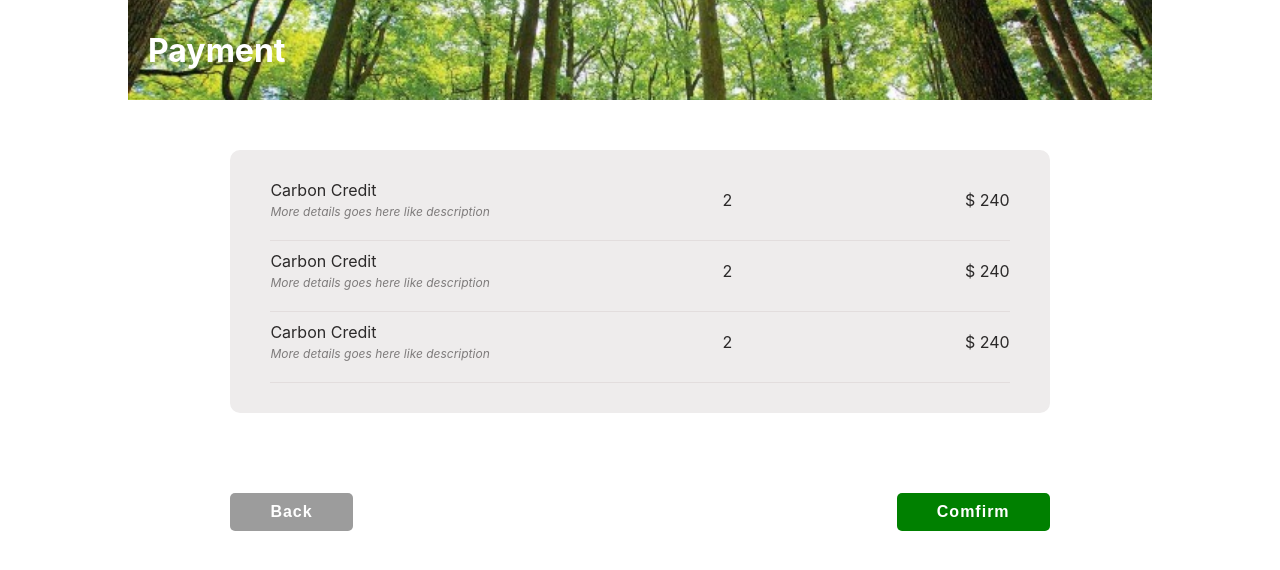
Repository: Yowani24/CarbonApp
Page: /payment
An editor plug-in stored every save of this project. The page is shown before and after the next save, followed by the edit.
The browser window is 1280 px wide. The pictures show the whole page.
The project was rebuilt for these pictures with package versions that can differ from the ones it lists, and the page was loaded fresh each time. The framework's server and built-in components were replaced by stand-ins that run in the browser. Also part of the build but not shown: next.config.js, pages/cart/Cart.module.css, pages/cart/index.js.

Above is the page before, as saved 2021-09-27 01:01:39.

### pages/_app.js
import '../styles/globals.css'
import Cart from './cart';

function MyApp({ Component, pageProps }) {
  return (
    <>
      <Component {...pageProps} />
    </>
  );
}

export default MyApp

### pages/payment/index.js
import React from 'react';
import Head from 'next/head'
import styles from './Payment.module.css'
import Link from 'next/link';


export default function Payment(props) {
    return (
       <>
        <Head>
            <title>Payment</title>
        </Head>

        <header className={styles.header}>
            <div className={styles.interface}>
                <div className={styles.header_content}>
                    <h1>Payment</h1>
                </div>
            </div>
        </header>

        <div className={styles.content}>
            <div className={styles.interface}>
                <div className={styles.list_content}>
                    <span>
                        <p>Carbon Credit <br/> <i>More details goes here like description</i></p>
                        <p>2</p>
                        <p>$ 240</p>
                    </span>

                    <span>
                        <p>Carbon Credit <br/> <i>More details goes here like description</i></p>
                        <p>2</p>
                        <p>$ 240</p>
                    </span>

                    <span>
                        <p>Carbon Credit <br/> <i>More details goes here like description</i></p>
                        <p>2</p>
                        <p>$ 240</p>
                    </span>
                </div>
            </div>
        </div>

        <div className={styles.button_box}>
            <div className={styles.interface}>
                <span>
                    <Link href="/cart"><button>Back</button></Link>
                    <button>Comfirm</button>
                </span>
            </div>
        </div>
       </>
    );
}

### styles/globals.css
html,
body {
  padding: 0;
  margin: 0;
  font-family: -apple-system, BlinkMacSystemFont, Segoe UI, Roboto, Oxygen,
    Ubuntu, Cantarell, Fira Sans, Droid Sans, Helvetica Neue, sans-serif;
}

a {
  color: inherit;
  text-decoration: none;
}

* {
  margin: 0;
  box-sizing: border-box;
}

### pages/payment/Payment.module.css
.interface{
    width: 80%;
    margin: 0 auto;
}

@media (max-width: 780px){
    .interface{
        width: 100%;
    }
}

/* ===========================HEADER=================== */
.header_content{
    height: 100px;
    display: flex;
    align-items: center;
    padding: 0 20px;
    color: #FFFFFF;

    background: green;

    background-image: url('/public/appima.jpg');
    background-repeat: no-repeat;
    background-position: center;
    background-size: cover;

}

@media (max-width: 780px){
    .header_content{
        padding: 0 40px;
        height: 80px;
    }
}

@media (max-width: 460px){
    .header_content{
        padding: 0 20px;
        font-size: 16px;
    }
}

/* ========================LIST====================== */

.list_content{
    width: 80%;
    margin: 0 auto;
    margin-top: 50px;
    border-radius: 10px;
    padding: 20px 40px;
    background: rgb(238, 236, 236);
}
.list_content span{
    display: flex;
    justify-content: space-between;
    align-items: center;
    color: rgb(43, 41, 41);

    margin: 10px 0;
    border-bottom: 1px solid rgb(226, 221, 221);
    padding-bottom: 20px;
}
.list_content span i{
    font-size: 12px;
    color: rgb(126, 123, 123);
}

@media (max-width: 460px){
    .list_content{
        width: 90%;
        padding: 20px 20px;
    }
    .list_content span{
        font-size: 14px;
        margin: 5px 0;
        border-bottom: 1px solid rgb(226, 221, 221);
        padding-bottom: 10px;
    }
    .list_content span p:first-child{
        width: 140px;

    }
    .list_content span i{
        font-size: 8px;
    }
}

/* ================================BUTTON=================== */
.button_box{
    margin-top: 80px;
}
.button_box span{
    display: flex;
    justify-content: space-between;
    width: 80%;
    margin: 0 auto;
}
.button_box button:first-child{
    background: rgb(156, 156, 156);
}
.button_box button:first-child:hover{
    background: rgb(122, 120, 120);
}
.button_box button:first-child:active{
    background: rgb(187, 184, 184);
}

.button_box button{
    border: none;
    background: green;
    padding: 10px 40px;
    font-size: 16px;
    color: #FFFFFF;
    letter-spacing: 1px;
    border-radius: 5px;
    cursor: pointer;
    transition: .1s;
    font-weight: bold;
}

.button_box button:nth-child(2):hover{
    background: rgb(1, 92, 1);
}
.button_box button:nth-child(2):active{
    background: rgb(13, 131, 13);
}

@media (max-width: 460px){
    .button_box{
        margin-top: 50px;
    }
    .button_box span{
        width: 90%;
    }
    .button_box button{
        padding: 10px 30px;
        font-size: 14px;
    }
}

After the next save:
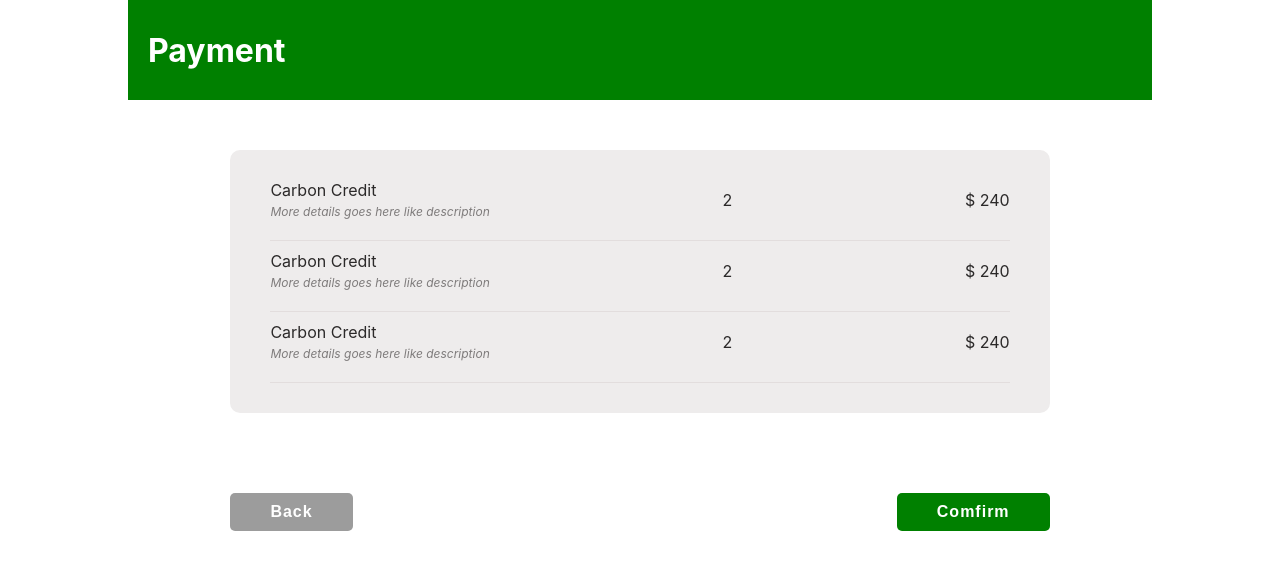
Saved 9 s later.
--- a/pages/payment/Payment.module.css
+++ b/pages/payment/Payment.module.css
@@ -18,11 +18,6 @@
     color: #FFFFFF;
 
     background: green;
-
-    background-image: url('/public/appima.jpg');
-    background-repeat: no-repeat;
-    background-position: center;
-    background-size: cover;
 
 }
 
